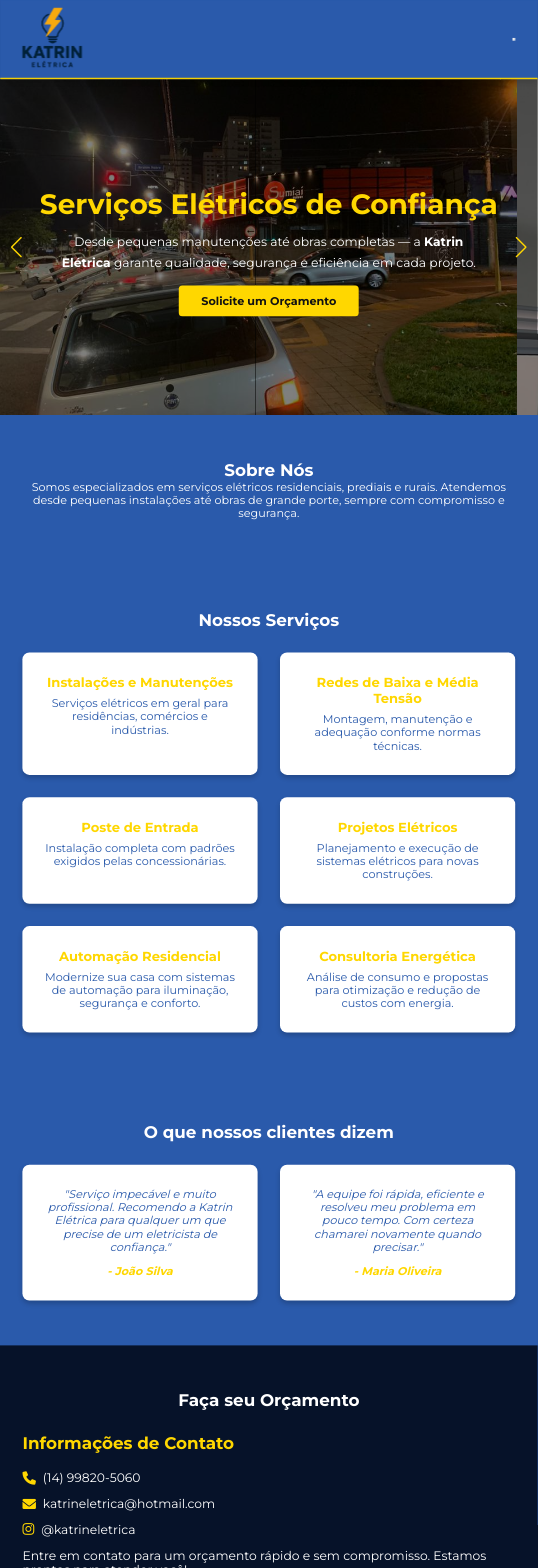
Repository: Jvcamargo1/katrin-site
Page: index.html
The author's editor kept a copy of each file at every save. The page is drawn from the files as they stood at one save, then again after the next save.
The browser window is 768 px wide. The pictures show the part of the page from y = 0 to 2240 px (the page is 3013 px tall), at 70% of full size.

Above is the page before, as saved 2025-11-06 23:50:54.

### index.html
<!DOCTYPE html>
<html lang="pt-BR">
<head>
  <meta charset="UTF-8" />
  <meta name="viewport" content="width=device-width, initial-scale=1.0" />
  <title>Katrin Elétrica | Serviços Elétricos em Geral</title>
  <link rel="stylesheet" href="assets/css/style.css">
  <link rel="stylesheet" href="https://cdnjs.cloudflare.com/ajax/libs/font-awesome/6.0.0-beta3/css/all.min.css">
  <!-- 1. Adicionar o CSS do Swiper.js -->
  <link rel="stylesheet" href="https://cdn.jsdelivr.net/npm/swiper@11/swiper-bundle.min.css" />
</head>
<body>
  <header>
    <div class="logo">
      <img src="assets/images/logoke.png" alt="Logo Katrin Elétrica" />
    </div>
    <button class="menu-toggle" id="menu-toggle" aria-label="Abrir menu">
      <span class="bar"></span>
      <span class="bar"></span>
      <span class="bar"></span>
    </button>
    <nav id="nav">
      <a href="#sobre">Sobre</a>
      <a href="#servicos">Serviços</a>
      <a href="#depoimentos">Depoimentos</a>
      <a href="#contato">Contato</a>
    </nav>
  </header>

  <main>
    <section id="hero">
      <!-- Estrutura do Carrossel -->
      <div class="swiper hero-carousel">
        <div class="swiper-wrapper">
          <!-- Slides com imagens de exemplo (substitua pelas suas) -->
          <div class="swiper-slide"><img src="assets/images/servico-1.jpg" alt="Instalação de quadro elétrico"></div>
          <div class="swiper-slide"><img src="assets/images/servico-2.jpg" alt="Manutenção em rede de média tensão"></div>
          <div class="swiper-slide"><img src="assets/images/servico-3.jpg" alt="Projeto de automação residencial"></div>
        </div>
        <!-- Botões de navegação -->
        <div class="swiper-button-next"></div>
        <div class="swiper-button-prev"></div>
      </div>
      <!-- Conteúdo sobreposto -->
      <div class="hero-content">
        <h2>Serviços Elétricos de Confiança</h2>
        <p>Desde pequenas manutenções até obras completas — a <strong>Katrin Elétrica</strong> garante qualidade, segurança e eficiência em cada projeto.</p>
        <a href="#contato" class="cta-button">Solicite um Orçamento</a>
      </div>
    </section>

    <section id="sobre">
      <h2>Sobre Nós</h2>
      <p>Somos especializados em serviços elétricos residenciais, prediais e rurais. Atendemos desde pequenas instalações até obras de grande porte, sempre com compromisso e segurança.</p>
    </section>

    <section id="servicos">
      <h2>Nossos Serviços</h2>
      <div class="servicos ">
        <div class="card hidden">
          <h3>Instalações e Manutenções</h3>
          <p>Serviços elétricos em geral para residências, comércios e indústrias.</p>
        </div>
        <div class="card hidden">
          <h3>Redes de Baixa e Média Tensão</h3>
          <p>Montagem, manutenção e adequação conforme normas técnicas.</p>
        </div>
        <div class="card hidden">
          <h3>Poste de Entrada</h3>
          <p>Instalação completa com padrões exigidos pelas concessionárias.</p>
        </div>
        <div class="card hidden">
          <h3>Projetos Elétricos</h3>
          <p>Planejamento e execução de sistemas elétricos para novas construções.</p>
        </div>
        <div class="card hidden">
          <h3>Automação Residencial</h3>
          <p>Modernize sua casa com sistemas de automação para iluminação, segurança e conforto.</p>
        </div>
        <div class="card hidden">
          <h3>Consultoria Energética</h3>
          <p>Análise de consumo e propostas para otimização e redução de custos com energia.</p>
        </div>
      </div>
    </section>

    <section id="depoimentos">
      <h2>O que nossos clientes dizem</h2>
      <div class="depoimentos">
        <div class="depoimento-card hidden">
          <p>"Serviço impecável e muito profissional. Recomendo a Katrin Elétrica para qualquer um que precise de um eletricista de confiança."</p>
          <p class="autor">- João Silva</p>
        </div>
        <div class="depoimento-card hidden">
          <p>"A equipe foi rápida, eficiente e resolveu meu problema em pouco tempo. Com certeza chamarei novamente quando precisar."</p>
          <p class="autor">- Maria Oliveira</p>
        </div>
      </div>
    </section>

    <section id="contato">
      <h2>Faça seu Orçamento</h2>
      <div class="contato-wrapper">
        <div class="contato-info">
          <h3>Informações de Contato</h3>
          <p><i class="fas fa-phone"></i> <a href="https://wa.me/5514998205060" target="_blank">(14) 99820-5060</a></p>
          <p><i class="fas fa-envelope"></i> <a href="mailto:katrineletrica@hotmail.com">katrineletrica@hotmail.com</a></p>
          <p><i class="fab fa-instagram"></i> <a href="https://instagram.com/katrineletrica" target="_blank">@katrineletrica</a></p>
          <p>Entre em contato para um orçamento rápido e sem compromisso. Estamos prontos para atender você!</p>
        </div>
        <div class="contato-form-wrapper">
          <form class="contato-form" id="contact-form">
            <div class="form-group">
              <label for="nome">Nome</label>
              <input type="text" id="nome" name="nome" placeholder="Seu Nome" required>
            </div>
            <div class="form-group">
              <label for="email">E-mail</label>
              <input type="email" id="email" name="email" placeholder="Seu E-mail" required>
            </div>
            <div class="form-group">
              <label for="telefone">Telefone</label>
              <input type="tel" id="telefone" name="telefone" placeholder="(XX) XXXXX-XXXX">
            </div>
            <div class="form-group">
              <label for="mensagem">Mensagem</label>
              <textarea id="mensagem" name="mensagem" placeholder="Descreva o serviço que você precisa" required></textarea>
            </div>
            <button type="submit" class="cta-button">Enviar Pedido de Orçamento</button>
          </form>
          <p id="form-message"></p>
        </div>
      </div>
    </section>
  </main>

  <footer>
    <div class="social-links">
      <a href="https://instagram.com/katrineletrica" target="_blank"><img src="assets/images/instalogo.png" alt="Instagram" class="social-icon"></a>
      <a href="https://wa.me/5514998205060" target="_blank"><img src="assets/images/wpplogov.png" alt="WhatsApp" class="social-icon"></a>
    </div>
    <p id="footer-year">© 2025 Katrin Elétrica — Todos os direitos reservados.</p>
  </footer>

  <!-- 2. Adicionar o JavaScript do Swiper.js -->
  <script src="https://cdn.jsdelivr.net/npm/swiper@11/swiper-bundle.min.js"></script>

  <script>
    const toggle = document.getElementById("menu-toggle");
    const nav = document.getElementById("nav");
    toggle.addEventListener("click", () => nav.classList.toggle("active"));

    const contactForm = document.getElementById('contact-form');
    const formMessage = document.getElementById('form-message');
    const submitButton = contactForm.querySelector('button[type="submit"]');

    contactForm.addEventListener('submit', function (e) {
      e.preventDefault();

      const formData = new FormData(this);
      const data = {
        nome: formData.get('nome'),
        email: formData.get('email'),
        telefone: formData.get('telefone'),
        mensagem: formData.get('mensagem'),
      };

      // Mostra a mensagem de "Enviando..." e desabilita o botão
      formMessage.textContent = 'Enviando...';
      formMessage.style.color = 'var(--amarelo)';
      submitButton.disabled = true;

      // Simula um tempo de espera de 1.5 segundos (como se estivesse enviando)
      setTimeout(() => {
        // Exibe a mensagem de sucesso
        formMessage.textContent = 'Mensagem enviada com sucesso!';
        formMessage.style.color = 'lightgreen';

        // Limpa os campos do formulário
        contactForm.reset();

        // Reabilita o botão após o "envio"
        submitButton.disabled = false;

        // Opcional: faz a mensagem de sucesso desaparecer após 5 segundos
        setTimeout(() => {
          formMessage.textContent = '';
        }, 5000);
      }, 1500);
    });

    // Script para animação de entrada
    const observer = new IntersectionObserver((entries) => {
      entries.forEach((entry) => {
        if (entry.isIntersecting) {
          entry.target.classList.add('visible');
        }
      });
    });

    const hiddenElements = document.querySelectorAll('.hidden');
    hiddenElements.forEach((el) => observer.observe(el));

    // Script para atualizar o ano do rodapé automaticamente
    document.getElementById('footer-year').textContent = `© ${new Date().getFullYear()} Katrin Elétrica — Todos os direitos reservados.`;

    // 3. Inicializar o Swiper.js
    const swiper = new Swiper('.hero-carousel', {
      loop: true, // Faz o carrossel girar em loop
      autoplay: {
        delay: 5000, // Muda de imagem a cada 5 segundos
        disableOnInteraction: false,
      },
      navigation: {
        nextEl: '.swiper-button-next',
        prevEl: '.swiper-button-prev',
      },
    });
  </script>
</body>
</html>

### assets/css/style.css
@import url('https://fonts.googleapis.com/css2?family=Montserrat:wght@400;500;700&display=swap');

:root {
  --azul: #2a5aab;
  --amarelo: #ffd700;
  --branco: #ffffff;
  --preto: #121212;
}

* { box-sizing: border-box; margin: 0; padding: 0; }

body {
  font-family: 'Montserrat', sans-serif;
  background-color: var(--azul);
  color: var(--branco);
  scroll-behavior: smooth;
}

header {
  display: flex;
  justify-content: space-between;
  align-items: center;
  padding: 0.7rem 2rem;
  background-color: var(--azul);
  border-bottom: 2px solid var(--amarelo);
  position: sticky;
  top: 0;
  box-shadow: 0 2px 10px rgba(0, 0, 0, 0.2);
  z-index: 10;
}

.logo img {
  height: 85px;
  width: auto;
}

nav {
  display: flex;
  align-items: center;
}

nav a {
  color: var(--branco);
  text-decoration: none;
  margin-left: 1.5rem;
  font-weight: 500;
  transition: 0.3s;
}

nav a:hover {
  color: var(--amarelo);
}

.menu-toggle {
  display: none;
  flex-direction: column;
  cursor: pointer;
}

.menu-toggle div {
  width: 25px;
  height: 3px;
  background: var(--amarelo);
  margin: 4px 0;
  transition: 0.3s;
}

@media (max-width: 768px) {
  nav {
    display: none;
    flex-direction: column;
    position: absolute;
    top: 70px;
    right: 0;
    width: 100%;
    background: var(--azul);
    text-align: center;
    padding: 1rem 0;
    border-top: 1px solid var(--amarelo);
  }

  nav.active { display: flex; }

  .menu-toggle { display: flex; }

  nav a { margin: 1rem 0; font-size: 1.1rem; }
}

section { padding: 4rem 2rem; text-align: center; }

#hero {
  position: relative; /* Essencial para o conteúdo sobreposto */
  padding: 0; /* Removemos o padding para o carrossel ocupar tudo */
  height: 60vh; /* Altura da seção hero, ajuste conforme preferir */
  color: var(--branco);
}

.hero-carousel {
  position: absolute;
  top: 0;
  left: 0;
  width: 100%;
  height: 100%;
}

.hero-carousel .swiper-slide img {
  width: 100%;
  height: 100%;
  object-fit: cover; /* Garante que a imagem cubra o slide sem distorcer */
}

/* Adiciona uma sobreposição escura para melhorar a legibilidade do texto */
.hero-carousel::after {
  content: '';
  position: absolute;
  top: 0;
  left: 0;
  width: 100%;
  height: 100%;
  background-color: rgba(0, 0, 0, 0.5); /* Sobreposição preta com 50% de opacidade */
  z-index: 1;
}

.hero-content {
  position: relative; /* Fica acima do carrossel */
  z-index: 2;
  text-align: center;
  /* Centraliza o conteúdo verticalmente e horizontalmente */
  position: absolute;
  top: 50%;
  left: 50%;
  transform: translate(-50%, -50%);
  width: 90%; /* Garante que não toque as bordas em telas pequenas */
  max-width: 800px; /* Limita a largura do texto para melhor leitura */
}

.hero-content h2 {
  font-size: 2.5rem;
  color: var(--amarelo);
  font-weight: 700;
}

.hero-content p {
  max-width: 600px;
  margin: 1rem auto 2rem;
  font-size: 1.1rem;
  line-height: 1.6;
}

.cta-button {
  background-color: var(--amarelo);
  color: var(--preto);
  padding: 0.8rem 2rem;
  border-radius: 5px;
  text-decoration: none;
  font-weight: 700;
  transition: background-color 0.3s;
}

.cta-button:hover {
  background-color: #ffed4a;
}

/* Estilizando as setas de navegação do Swiper */
.swiper-button-next, .swiper-button-prev {
  color: var(--amarelo) !important;
}
.swiper-button-next:after, .swiper-button-prev:after {
  font-size: 30px !important;
}

#servicos h2 {
  margin-bottom: 2rem; /* Adiciona espaço abaixo do título "Nossos Serviços" */
}

#depoimentos h2 {
  margin-bottom: 2rem; /* Adiciona espaço abaixo do título "O que nossos clientes dizem" */
}

.servicos, .depoimentos {
  display: grid;
  grid-template-columns: repeat(auto-fit, minmax(250px, 1fr));
  gap: 2rem;
  max-width: 1000px;
  margin: auto;
}

.card, .depoimento-card {
  background-color: var(--branco);
  color: var(--azul);
  border-radius: 10px;
  padding: 2rem;
  box-shadow: 0 4px 8px rgba(0,0,0,0.2);
  transition: transform 0.3s;
}

.card:hover, .depoimento-card:hover {
  transform: translateY(-10px);
}

.card h3 {
  color: var(--amarelo);
  margin-bottom: 0.5rem;
}

.depoimento-card p {
  font-style: italic;
}

.depoimento-card .autor {
  margin-top: 1rem;
  font-weight: 700;
  color: var(--amarelo);
}

#contato p, #contato a {
  color: var(--branco);
  font-size: 1.1rem;
  text-decoration: none;
}

#contato a:hover { color: var(--amarelo); }

footer {
  background-color: #061229;
  padding: 2rem 1rem;
  text-align: center;
  color: #aaa;
  font-size: 0.9rem;
}

#contato {
  background-color: #061229;
}

#contato h2 {
  margin-bottom: 2rem; /* Adiciona espaço abaixo do título "Faça seu Orçamento" */
}

.contato-wrapper {
  display: flex;
  gap: 3rem;
  max-width: 1100px;
  margin: auto;
  align-items: flex-start;
}

.contato-info,
.contato-form-wrapper {
  flex: 1;
  text-align: left;
}

.contato-info h3 {
  color: var(--amarelo);
  margin-bottom: 1.5rem;
  font-size: 1.5rem;
}

.contato-info p {
  margin-bottom: 1rem;
  display: flex;
  align-items: center;
  gap: 10px;
}

.contato-info i {
  color: var(--amarelo);
  font-size: 1.2rem;
}

.contato-form .form-group {
  margin-bottom: 1.5rem;
}

.contato-form label {
  display: block;
  margin-bottom: 0.5rem;
  font-weight: 500;
  color: var(--branco);
}

.contato-form input,
.contato-form textarea {
  width: 100%;
  padding: 0.8rem;
  border: 1px solid var(--amarelo);
  border-radius: 5px;
  background-color: var(--azul);
  color: var(--branco);
  font-family: inherit;
}

.contato-form input:focus,
.contato-form textarea:focus {
  outline: none;
  border-color: var(--amarelo);
  box-shadow: 0 0 8px rgba(255, 215, 0, 0.5);
}

.contato-form input::placeholder,
.contato-form textarea::placeholder {
  color: #ccc;
}

.contato-form textarea {
  min-height: 120px;
  resize: vertical;
}

.contato-form .cta-button {
  width: 100%;
  border: none;
  cursor: pointer;
}

.social-links {
  margin-bottom: 1rem;
}

.social-icon {
  width: 30px;
  height: 30px;
  margin: 0 10px;
  transition: transform 0.3s;
}

.social-icon:hover {
  transform: scale(1.1);
}

@media (max-width: 768px) {
  .contato-wrapper {
    flex-direction: column;
  }
}

/* Estilos para animação de entrada */
.hidden {
  opacity: 0;
  transform: translateY(20px);
  transition: opacity 0.6s ease-out, transform 0.6s ease-out;
}

.visible {
  opacity: 1;
  transform: translateY(0);
}

After the next save:
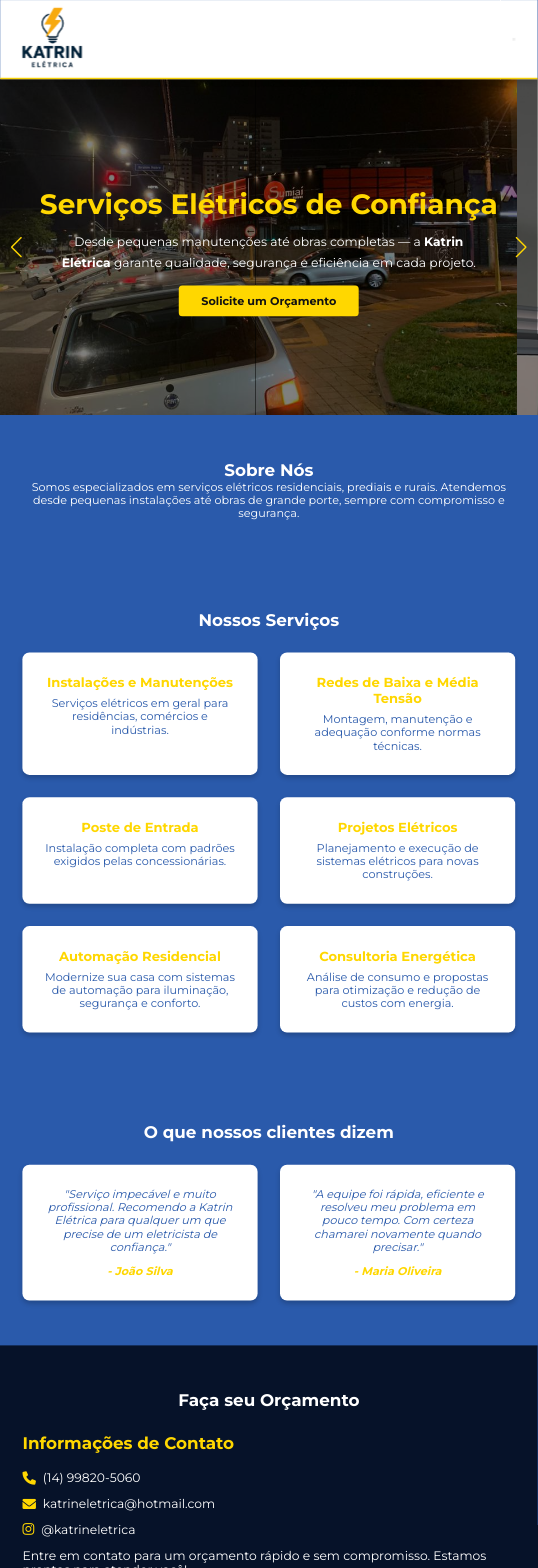
Saved 3 min 30 s later.
--- a/assets/css/style.css
+++ b/assets/css/style.css
@@ -22,6 +22,7 @@ header {
   align-items: center;
   padding: 0.7rem 2rem;
   background-color: var(--azul);
+  background-color: var(--branco); /* Alterado para branco */
   border-bottom: 2px solid var(--amarelo);
   position: sticky;
   top: 0;
@@ -41,6 +42,7 @@ nav {
 
 nav a {
   color: var(--branco);
+  color: var(--azul); /* Alterado para azul para contrastar com o fundo branco */
   text-decoration: none;
   margin-left: 1.5rem;
   font-weight: 500;
@@ -74,6 +76,7 @@ nav a:hover {
     right: 0;
     width: 100%;
     background: var(--azul);
+    background: var(--branco); /* Alterado para branco no menu mobile também */
     text-align: center;
     padding: 1rem 0;
     border-top: 1px solid var(--amarelo);
